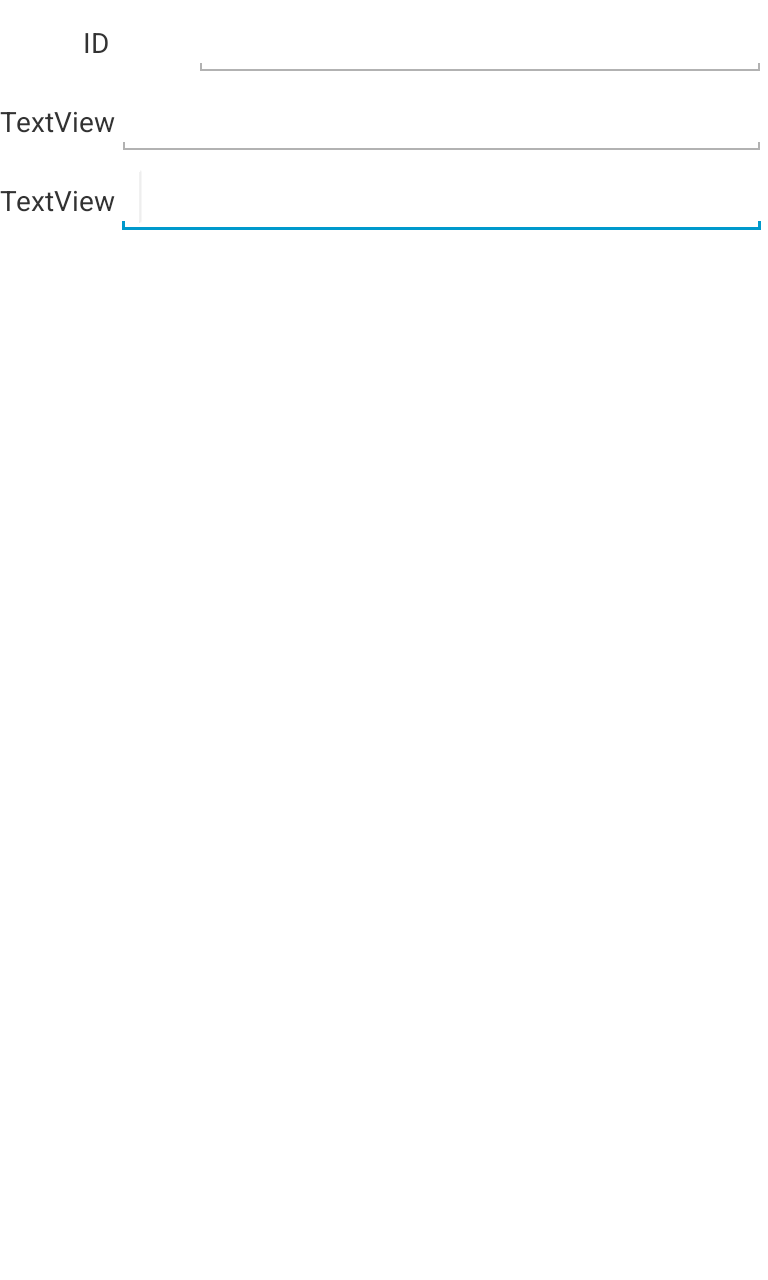
Repository: mewards/Android_Study
Layout: hw/wooil/hw4/res/layout/join.xml
These files come from the project's save history. The layout is drawn as it stood at one moment and after the next save; the edit follows.
It is drawn on a 768 x 1280 px phone screen (xhdpi) without system bars, with theme AppTheme; the app's code is not run.

Above is the layout before, as saved 2014-03-04 05:31:13.

### hw/wooil/hw4/res/layout/join.xml
<?xml version="1.0" encoding="utf-8"?>
<LinearLayout xmlns:android="http://schemas.android.com/apk/res/android"
    android:layout_width="match_parent"
    android:layout_height="match_parent"
    android:orientation="vertical" >

    <LinearLayout
        android:layout_width="match_parent"
        android:layout_height="wrap_content"
        android:orientation="horizontal" >

        <TextView
            android:id="@+id/id_txt"
            android:layout_width="0dp"
            android:layout_weight="1"
            android:layout_height="wrap_content"
            android:gravity="center"
            android:text="ID" />

        <EditText
            android:id="@+id/id_edit"
            android:layout_width="0dp"
            android:layout_weight="3"
            android:layout_height="wrap_content"
            android:ems="10" >

            <requestFocus />
        </EditText>
    </LinearLayout>

    <LinearLayout
        android:layout_width="match_parent"
        android:layout_height="wrap_content"
        android:orientation="horizontal" >

        <TextView
            android:id="@+id/pw_txt"
            android:layout_width="wrap_content"
            android:layout_height="wrap_content"
            android:text="TextView" />

        <EditText
            android:id="@+id/pw_edit"
            android:layout_width="match_parent"
            android:layout_height="wrap_content"
            android:ems="10" >

            <requestFocus />
        </EditText>
    </LinearLayout>

    <LinearLayout
        android:layout_width="match_parent"
        android:layout_height="wrap_content"
        android:orientation="horizontal" >

        <TextView
            android:id="@+id/pwc_txt"
            android:layout_width="wrap_content"
            android:layout_height="wrap_content"
            android:text="TextView" />

        <EditText
            android:id="@+id/pwc_edit"
            android:layout_width="match_parent"
            android:layout_height="wrap_content"
            android:ems="10" >

            <requestFocus />
        </EditText>
    </LinearLayout>

</LinearLayout>

Loaded but not shown: hw/wooil/hw4/res/values/styles.xml (common file); hw/wooil/hw4/res/values-v11/styles.xml (common file); hw/wooil/hw4/res/values-v14/styles.xml (common file)

After the next save:
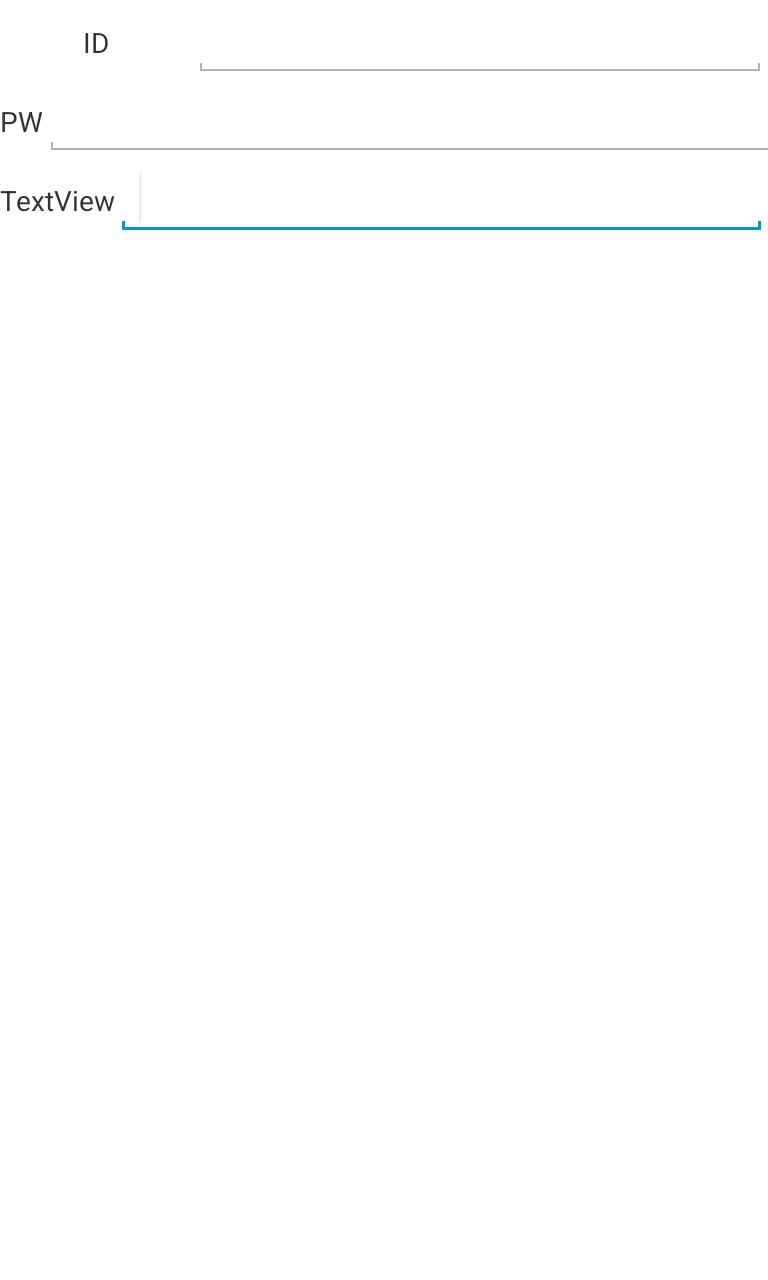
Saved 32 s later.
--- a/hw/wooil/hw4/res/layout/join.xml
+++ b/hw/wooil/hw4/res/layout/join.xml
@@ -35,9 +35,11 @@
 
         <TextView
             android:id="@+id/pw_txt"
-            android:layout_width="wrap_content"
+            android:layout_width="0dp"
+            android:layout_weight="1"
             android:layout_height="wrap_content"
-            android:text="TextView" />
+            android:gravity="center"
+            android:text="PW" />
 
         <EditText
             android:id="@+id/pw_edit"
